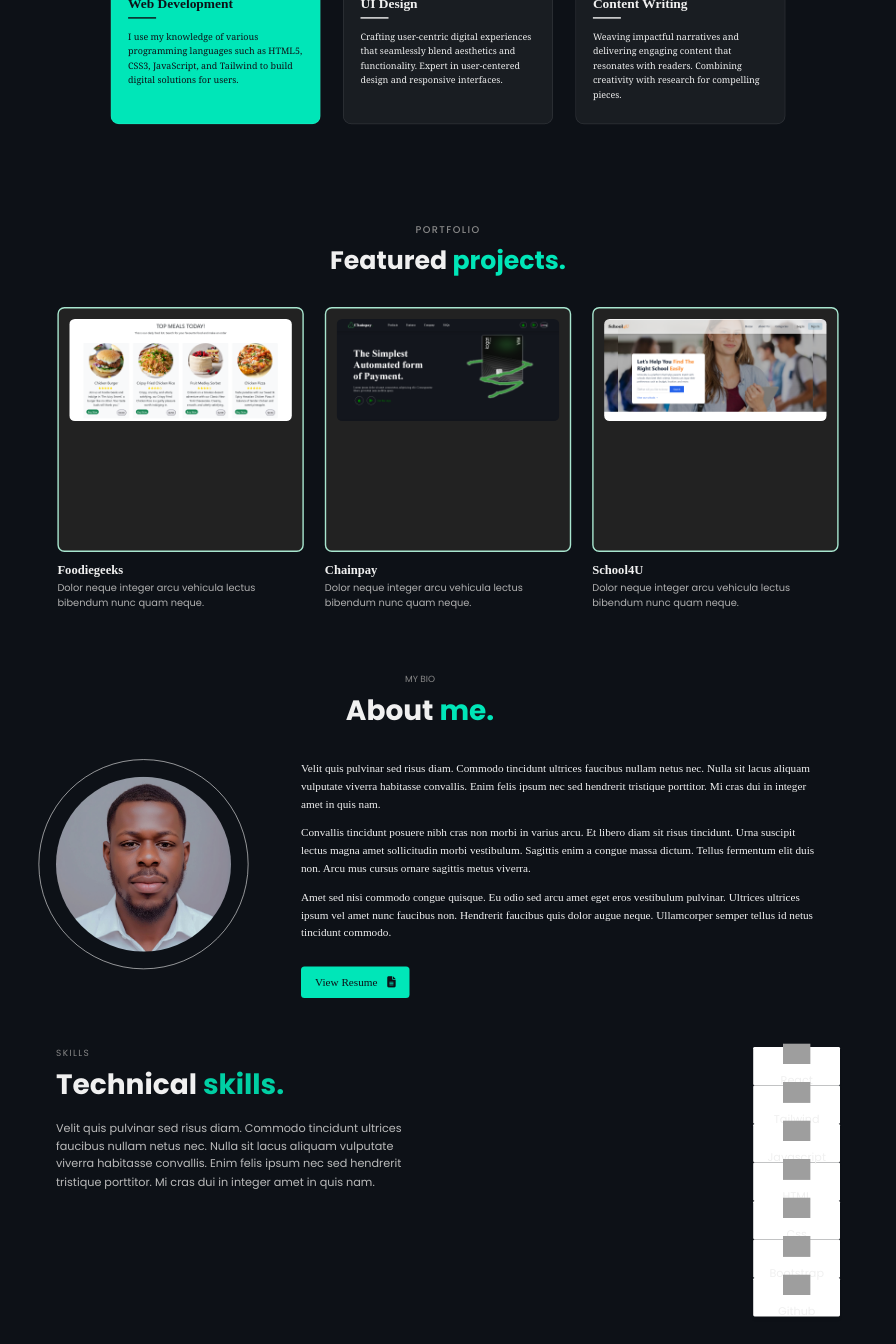
Repository: Austinokezie/Myportfolio
Page: index.html
The author's editor kept a copy of each file at every save. The page is drawn from the files as they stood at one save, then again after the next save.
The browser window is 1280 px wide. The pictures show the part of the page from y = 1092 to 3012 px (the page is 3012 px tall before and 2884 px after), at 70% of full size.
Pictures or frames that could not be fetched are drawn as grey boxes. Some web fonts or font styles are not loaded; a fallback is used.

Above is the page before, as saved 2025-10-14 19:02:43.

### index.html
<!DOCTYPE html>
<html lang="en">
<head>
    <meta charset="UTF-8">
    <meta name="viewport" content="width=device-width, initial-scale=1.0">
    <title>My Portfolio</title>
    <link rel="stylesheet" href="./style.css">
    <link rel="stylesheet" href="./mediaqueries.css">
    <link rel="stylesheet" href="./lib/css/bootstrap-grid.min.css">
    <link rel="stylesheet" href="./lib/js/bootstrap.bundle.min.js">
    <link rel="stylesheet" href="https://cdnjs.cloudflare.com/ajax/libs/font-awesome/6.5.0/css/all.min.css">
</head>
<body>
    <header>
        <nav class="navbar">
          <div class="logo">Aus<span>D</span>ev</div>



           <ul class="nav-links">
               <a href="#" id="close"><img src="./Asset/icons8-close-100.png" alt=""></a>
              <li><a href="#" class="active">Home</a></li>
              <li><a href="#">Featured projects</a></li>
              <li><a href="#">About me</a></li>
             <li><a href="#">Contact me</a></li>
           </ul>

          <a href="#" class="resume-btn">View Resume <i class="fas fa-file-alt"></i> </a>

          <a href="#" id="fa-bars"  ><img src="./Asset/icons8-menu-100.png" alt=""></i></a>
       </nav>
  </header>

   <section class="intro">
      <div class="overlay"></div>
      <div class="intro-content">
         <h1>Hi, I am <span>Austen Okezie</span></h1>
           <p>
              A seasoned <span class="highlight">Frontend Developer</span> transforming ideas into
              stunning digital experiences. Let’s create something amazing!
           </p>

          <div class="social-links">
              <a href="#" title="GitHub"><img src="./Asset/icons8-github-30.png" alt=""></a>
              <a href="#" title="Medium"><img src="./Asset/icons8-email-30.png" alt=""></a>
              <a href="#" title="LinkedIn"><img src="./Asset/icons8-linkedin-30.png" alt=""></a>
             <a href="#" title="Twitter"><img src="./Asset/icons8-twitter-30.png" alt=""></a>
          </div>

       </div>
    </section>

    <div class="services-section">
       <h3 class="sub-heading">SERVICES</h3>
       <h2 class="main-heading">What <span>I do.</span></h2>

        <div class="services-container">

          <div class="service-card active">
             <div class="card-number">01</div>
             <div class="card-icon">💻</div>
              <h3>Web Development</h3>
             <div class="underline"></div>
             <p>I use my knowledge of various programming languages such as HTML5, CSS3, JavaScript, and Tailwind to build digital solutions for users.</p>
           </div>

           <div class="service-card">
             <div class="card-number">02</div>
              <div class="card-icon">🎨</div>
              <h3>UI Design</h3>
             <div class="underline"></div>
              <p>Crafting user-centric digital experiences that seamlessly blend aesthetics and functionality. Expert in user-centered design and responsive interfaces.</p>
            </div>

           <div class="service-card">
             <div class="card-number">03</div>
             <div class="card-icon">✍</div>
             <h3>Content Writing</h3>
              <div class="underline"></div>
              <p>Weaving impactful narratives and delivering engaging content that resonates with readers. Combining creativity with research for compelling pieces.</p>
           </div>

        </div>
   </div>

   <section class="portfolio-section">
      <div class="container">
          <h2 class="portfolio-title">PORTFOLIO</h2>
          <h1 class="featured-projects">Featured <span> projects.</span></h1>
           <div class="projects-grid">
                <div class="project-card">
                   <div class="project-image-placeholder">
                      <img src="./Asset/Foodiegeeks.png" alt="img">
                   </div>
                   <h3 class="project-name">Foodiegeeks</h3>
                  <p class="project-description">Dolor neque integer arcu vehicula lectus bibendum nunc quam neque.</p>
               </div>

               <div class="project-card">
                   <div class="project-image-placeholder">
                      <img src="./Asset/chainpay jpg.png" alt="img">
                    </div>
                  <h3 class="project-name">Chainpay</h3>
                  <p class="project-description">Dolor neque integer arcu vehicula lectus bibendum nunc quam neque.</p>
               </div>

               <div class="project-card">
                   <div class="project-image-placeholder">
                     <img src="./Asset/Edtech.png" alt="img">
                   </div>
                   <h3 class="project-name">School4U</h3>
                   <p class="project-description">Dolor neque integer arcu vehicula lectus bibendum nunc quam neque.</p>
               </div>
            </div>
      </div>
   </section>


   <div class="about-me-container">
        <div class="section-header">
            <p>MY BIO</p>
            <h1>About <span>me.</span></h1>
        </div>

        <section class="content-wrapper">
            <div class="bio-visuals">
                <div class="photo-orbit-container">
                    <img src="./Asset/Austen Okezie.jpg" alt="Profile Picture" class="profile-photo">

                    <div class="orbit-path"></div>
                </div>
            </div>

            <div class="bio-text">
                <p>
                    Velit quis pulvinar sed risus diam. Commodo tincidunt ultrices faucibus nullam netus nec. Nulla sit lacus aliquam vulputate viverra habitasse convallis. Enim felis ipsum nec sed hendrerit tristique porttitor. Mi cras dui in integer amet in quis nam.
                </p>
                <p>
                    Convallis tincidunt posuere nibh cras non morbi in varius arcu. Et libero diam sit risus tincidunt. Urna suscipit lectus magna amet sollicitudin morbi vestibulum. Sagittis enim a congue massa dictum. Tellus fermentum elit duis non. Arcu mus cursus ornare sagittis metus viverra.
                </p>
                <p>
                    Amet sed nisi commodo congue quisque. Eu odio sed arcu amet eget eros vestibulum pulvinar. Ultrices ultrices ipsum vel amet nunc faucibus non. Hendrerit faucibus quis dolor augue neque. Ullamcorper semper tellus id netus tincidunt commodo.
                </p>

                <a href="#" class="view-resume-btn">
                    View Resume <i class="fas fa-file-alt"></i>
                </a>
            </div>
        </section>
    </div>


    <div class="skills-section-container">
        <div class="skills-content-wrapper">

            <div class="skills-text-area">
                <p class="skills-subtitle">SKILLS</p>
                <h2 class="skills-title">Technical <span class="highlight">skills.</span></h2>
                <p class="skills-description">
                    Velit quis pulvinar sed risus diam. Commodo tincidunt ultrices faucibus nullam netus nec. Nulla sit lacus aliquam vulputate viverra habitasse convallis. Enim felis ipsum nec sed hendrerit tristique porttitor. Mi cras dui in integer amet in quis nam.
                </p>
            </div>

               <div class="skills-buttons-area">
                    <div class="">
                        <div class="skill-card">
                           <img src="https://devicon-website.vercel.app/api/react/original-wordmark.svg" alt="React">
                           <span>React</span>

                        </div>

                        <div class="skill-card">
                           <img src="https://devicon-website.vercel.app/api/tailwindcss/original-wordmark.svg" alt="Tailwind">
                           <span>Tailwind</span>
                        </div>

                        <div class="skill-card">
                          <img src="https://devicon-website.vercel.app/api/javascript/original.svg" alt="Javascript">
                           <span>Javascript</span>
                        </div>

                        <div class="skill-card">
                           <img src="https://devicon-website.vercel.app/api/html5/original.svg" alt="HTML">
                           <span>HTML</span>
                        </div>

                        <div class="skill-card">
                           <img src="https://devicon-website.vercel.app/api/css3/original.svg" alt="Css">
                           <span>Css</span>
                        </div>

                        <div class="skill-card">
                           <img src="https://devicon-website.vercel.app/api/bootstrap/original.svg" alt="Bootstrap">
                           <span>Bootstrap</span>
                        </div>

                        <div class="skill-card">
                           <img src="https://devicon-website.vercel.app/api/github/original.svg" alt="Github">
                           <span>Github</span>
                        </div>
                    </div>


                </div>

            </div>

        </div>
    </div>











         <!-- Arrow -->
        <!-- <div class="text-center mt-5">
           <img
             src="./Asset/icons8-arrow-down-100.png"
             alt="arrow icon"
             class="icon arrow img-fluid"
             style="width: 50px; cursor: pointer;"
             onclick="location.href='./experience'"
            >
       </div> -->





 <!--
        <img src="./Asset/icons8-arrow-down-100.png" alt="arrow icon"
           class="icon arrow"
           onclick="location.href= './experience'"
        >  -->


















 <script src="./script.js"></script>

</body>
</html>

Loaded but not shown: lib/css/bootstrap-grid.min.css (library); lib/js/bootstrap.bundle.min.js (library); script.js (38 lines, source omitted); style.css (1498 lines, source omitted); mediaqueries.css (empty)

After the next save:
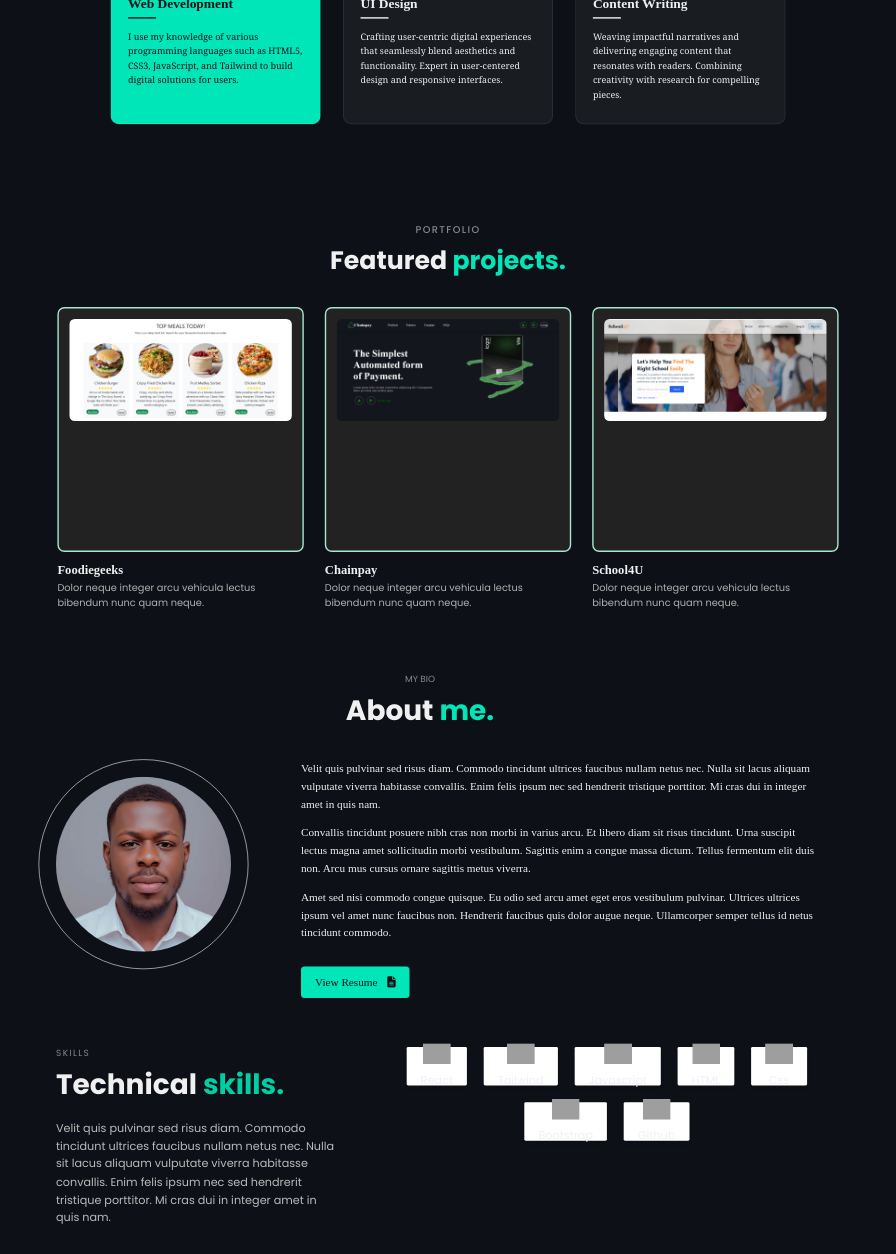
Saved 14 s later.
--- a/index.html
+++ b/index.html
@@ -155,14 +155,14 @@
 
             <div class="skills-text-area">
                 <p class="skills-subtitle">SKILLS</p>
-                <h2 class="skills-title">Technical <span class="highlight">skills.</span></h2>
+                <h2 class="skills-title">Technical <span>skills.</span></h2>
                 <p class="skills-description">
                     Velit quis pulvinar sed risus diam. Commodo tincidunt ultrices faucibus nullam netus nec. Nulla sit lacus aliquam vulputate viverra habitasse convallis. Enim felis ipsum nec sed hendrerit tristique porttitor. Mi cras dui in integer amet in quis nam.
                 </p>
             </div>
 
                <div class="skills-buttons-area">
-                    <div class="">
+                    <div class="skills">
                         <div class="skill-card">
                            <img src="https://devicon-website.vercel.app/api/react/original-wordmark.svg" alt="React">
                            <span>React</span>
